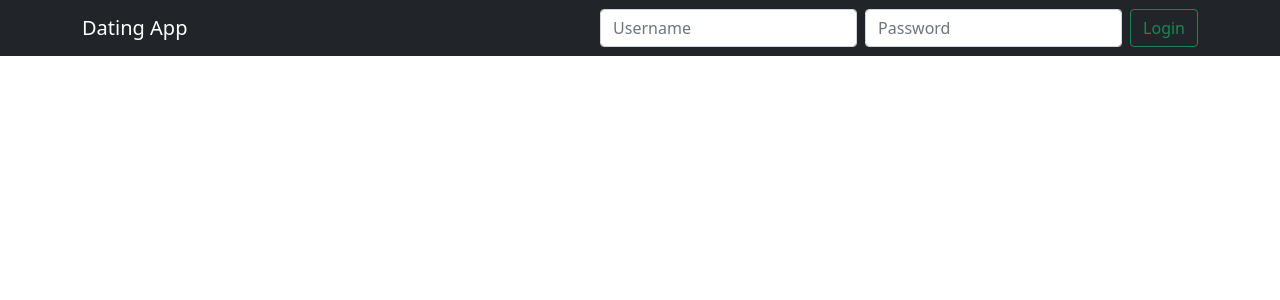
Repository: pedroHenriFeLima/DotNetCoreANDAngularDatingApp
Page: / (app in client/)
These files come from the project's save history. The page is drawn as it stood at one moment and after the next save; the edit follows.
The browser window is 1280 px wide. The pictures show the whole page.
The page's requests for data from a server got no answer. The project was rebuilt for these pictures with package versions that can differ from the ones it lists, and the page was loaded fresh each time. No one was signed in, and anything a server would have sent is missing. Also part of the build but not shown: client/angular.json.

Above is the page before, as saved 2021-10-16 19:37:05.

### client/src/app/app.module.ts
import { NgModule } from '@angular/core';
import { BrowserModule } from '@angular/platform-browser';

//http
import { HttpClientModule } from '@angular/common/http';

import { AppRoutingModule } from './app-routing.module';
import { AppComponent } from './app.component';
import { NavComponent } from './nav/nav.component';
import { FormsModule } from '@angular/forms';


@NgModule({
  declarations: [
    AppComponent,
    NavComponent
  ],
  imports: [
    BrowserModule,
    AppRoutingModule,
    HttpClientModule,
    FormsModule
  ],
  providers: [],
  bootstrap: [AppComponent]
})
export class AppModule { }

### client/src/app/app.component.ts
import { HttpClient } from '@angular/common/http';
import { Component, OnInit } from '@angular/core';
import { User } from './_models/user';
import { AccountService } from './_services/account.service';

@Component({
  selector: 'app-root',
  templateUrl: './app.component.html',
  styleUrls: ['./app.component.css']
})
export class AppComponent implements OnInit{
  title = 'The Dating App';
  users: any;
  constructor(private http:HttpClient, private accountService:AccountService){}

  //onInit comes after the constructor in the angular lifecycle
  ngOnInit(){
    this.getUsers();
    this.setCurrentUser();
  }

  //lookup at the browser storage and see if there is any user
  setCurrentUser(){
      const user:User = JSON.parse(localStorage.getItem('user')||'{}');
      this.accountService.setCurrentUser(user);
  }
  //http requests to an API is naturally an asynchronous request
  getUsers(){
    this.http.get('https://localhost:5001/api/users').subscribe(response => {
      console.log(response);
      this.users = response;
    },error => {
      console.log(error);
    });
  }
}

### client/src/app/nav/nav.component.ts
import { Component, OnInit } from '@angular/core';
import { AccountService } from '../_services/account.service';

@Component({
  selector: 'app-nav',
  templateUrl: './nav.component.html',
  styleUrls: ['./nav.component.css']
})
export class NavComponent implements OnInit {

  model:any = {}
  loggedIn:boolean = false;
  constructor(private accountService: AccountService) { }

  ngOnInit(): void {
  }

  login(){
    this.accountService.login(this.model).subscribe(response => {
      console.log(this.model);
      console.log(response);
      this.loggedIn = true;
    },error => {
      console.log(error);
    })
  }

  logOut(){
    this.accountService.logOut();
    this.loggedIn = false;
  }

  getCurrentUser(){
    //this will be listening whenever a user has already logged in
    //information is being captured from localstorage -> passed to account service
    this.accountService.currentUser$.subscribe(user => {
      /*!! it turns object into a boolean*/
      this.loggedIn = !!user;
    },error => {
      console.log(error);
    })
  }
}

### client/src/app/app.component.html
<app-nav></app-nav>
<div class="container" style="margin-top:100px;">
  <ul>
    <li *ngFor='let user of users'>{{user.id}} - {{user.userName}} </li>
  </ul>
</div>

### client/src/app/_services/account.service.ts
import { HttpClient } from '@angular/common/http';
import { Injectable } from '@angular/core';
import { ReplaySubject } from 'rxjs';
import { map } from 'rxjs/operators';
import { User } from '../_models/user';
@Injectable({
  providedIn: 'root'
})
export class AccountService {
  baseUrl = 'https://localhost:5001/api/';
  private currentUserSource = new ReplaySubject<User|null>(1);
  currentUser$ = this.currentUserSource.asObservable();
  constructor(private http:HttpClient) { }

  login(model:any) {
    //a user DTO is sent back from server
    return this.http.post(this.baseUrl + 'account/login', model).pipe(
      map((response:any) => {
        const user = response;
        const userObject:User = user;
        if(user) {
          localStorage.setItem('user',JSON.stringify(userObject));
          this.currentUserSource.next(userObject);
        }
      })
    )
  }

  setCurrentUser(user:User) {
    this.currentUserSource.next(user);
  }

  logOut(){
    localStorage.removeItem('user');
    this.currentUserSource.next(null);
  }
}

### client/src/app/nav/nav.component.html
<nav class="navbar navbar-expand-md navbar-dark fixed-top bg-dark">
  <div class="container">
    <a class="navbar-brand" href="#">Dating App</a>

      <ul class="navbar-nav me-auto mb-2 mb-md-0" *ngIf="loggedIn">
        <li class="nav-item">
          <a class="nav-link" aria-current="page" href="#">Matches</a>
        </li>
        <li class="nav-item">
          <a class="nav-link" href="#">List</a>
        </li>
        <li class="nav-item">
          <a class="nav-link">Messages</a>
        </li>
        <li class="nav-item">
          <a class="nav-link" (click)="logOut()">Logout</a>
        </li>
      </ul>
      <div class="dropdown" *ngIf="loggedIn">
        <button class="btn btn-secondary dropdown-toggle" type="button" id="dropdownMenuButton1" data-bs-toggle="dropdown">
          Dropdown button
        </button>
        <ul class="dropdown-menu" aria-labelledby="dropdownMenuButton1">
          <li><a class="dropdown-item" href="#">Welcome user</a></li>
          <li><a class="dropdown-item" href="#" (click)="logOut()">Logout Profile</a></li>
        </ul>
      </div>
      <form #loginForm="ngForm" class="d-flex" (ngSubmit)="login()" autocomplete="off" *ngIf="!loggedIn">
        <input name="username" [(ngModel)]="model.username" class="form-control me-2" type="text" placeholder="Username">
        <input name="password" [(ngModel)]="model.password" class="form-control me-2" type="password" placeholder="Password">
        <button class="btn btn-outline-success" type="submit">Login</button>
      </form>
    </div>
</nav>

Loaded but not shown: client/src/index.html (common file); client/src/styles.css (common file); client/src/main.ts (common file); client/src/environments/environment.ts (common file); client/src/app/app-routing.module.ts (common file); client/src/app/nav/nav.component.css (common file); client/src/app/app.component.css (no stored copy; drawn as an empty file)

After the next save:
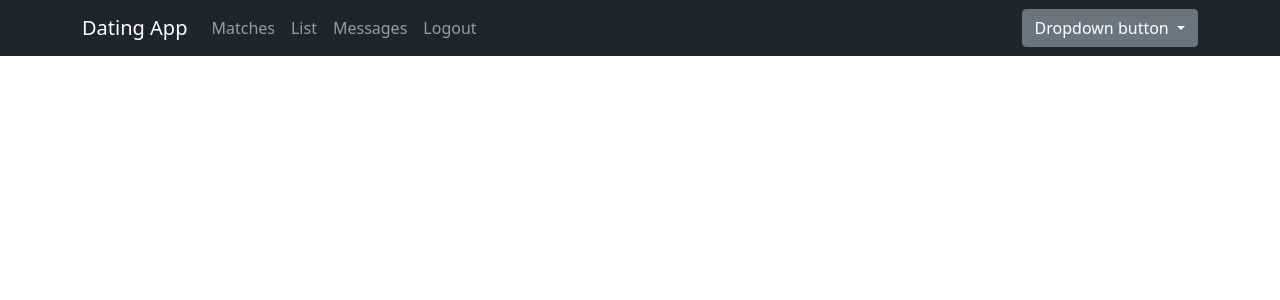
Saved 33 s later.
--- a/client/src/app/nav/nav.component.ts
+++ b/client/src/app/nav/nav.component.ts
@@ -13,6 +13,7 @@
   constructor(private accountService: AccountService) { }
 
   ngOnInit(): void {
+    this.getCurrentUser();
   }
 
   login(){

After the save that followed:
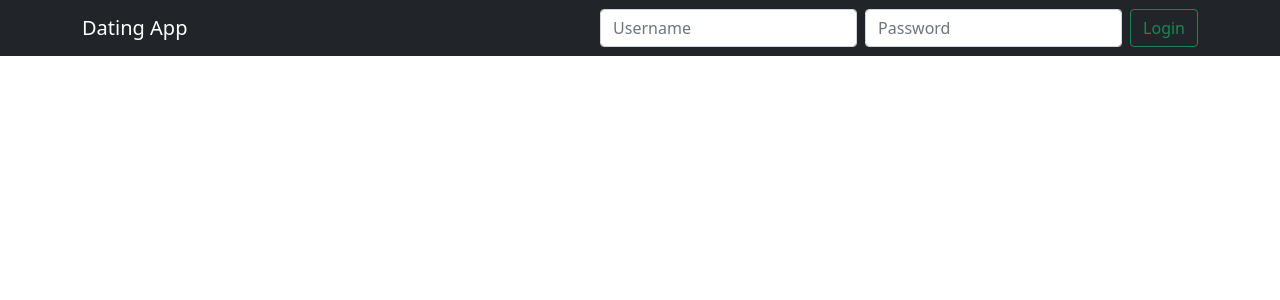
Saved 12 min 32 s later.
--- a/client/src/app/nav/nav.component.ts
+++ b/client/src/app/nav/nav.component.ts
@@ -1,4 +1,6 @@
 import { Component, OnInit } from '@angular/core';
+import { Observable } from 'rxjs';
+import { User } from '../_models/user';
 import { AccountService } from '../_services/account.service';
 
 @Component({
@@ -9,18 +11,18 @@
 export class NavComponent implements OnInit {
 
   model:any = {}
-  loggedIn:boolean = false;
+  //creating an observable
+  currentUser$:Observable<User>;
   constructor(private accountService: AccountService) { }
 
   ngOnInit(): void {
-    this.getCurrentUser();
+    this.currentUser$ = this.accountService.currentUser$;
   }
 
   login(){
     this.accountService.login(this.model).subscribe(response => {
       console.log(this.model);
       console.log(response);
-      this.loggedIn = true;
     },error => {
       console.log(error);
     })
@@ -28,17 +30,17 @@
 
   logOut(){
     this.accountService.logOut();
-    this.loggedIn = false;
   }
 
-  getCurrentUser(){
+/*  getCurrentUser(){
+    //it is not a good practice to subscribe to an observable and not unsubscribe from it. It can cause a memory leak
+    //the async pipe can be used instead of unsubscribe
     //this will be listening whenever a user has already logged in
     //information is being captured from localstorage -> passed to account service
     this.accountService.currentUser$.subscribe(user => {
-      /*!! it turns object into a boolean*/
       this.loggedIn = !!user;
     },error => {
       console.log(error);
     })
-  }
+  }*/
 }
